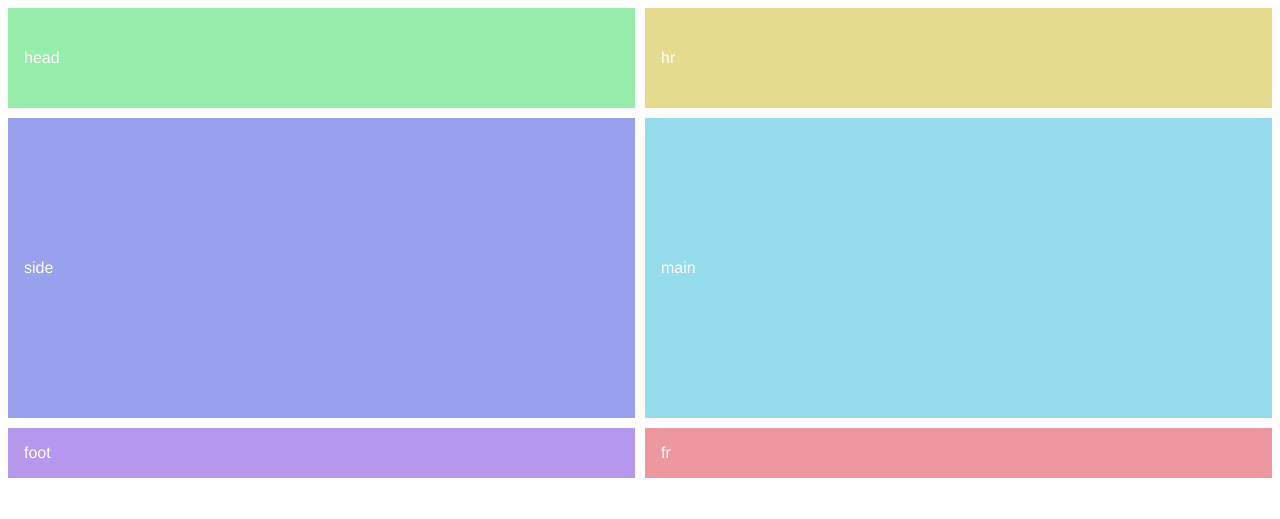
Repository: SamirIngley/html-semantic
Page: templates/grid.html
The author's editor kept a copy of each file at every save. The page is drawn from the files as they stood at one save, then again after the next save.
The browser window is 1280 px wide. The pictures show the whole page.

Above is the page before, as saved 2020-02-04 16:59:05.

### templates/grid.html
<!--
   This example used named areas to place elements
   on the grid
 -->
<div class="wrapper">

  <div class="header">
    <div>head</div>
  </div>

  <div class="header-right">
    <div>hr</div>
  </div>

  <div class="main-content">
    <div>main</div>
  </div>

  <div class="side-bar">
    <div>side</div>
  </div>

  <div class="footer">
    <div>foot</div>
  </div>

  <div class="footer-right">
    <div>fr</div>
  </div>

</div>

<style>
  .wrapper {
    display: grid;
    grid-gap: 10px;
    grid-template-columns: repeat(4, 1fr);
    grid-template-rows: 100px 300px;
    /*
    The named areas below define where elements with
    those names are placed on the grid.
    */
    grid-template-areas:  "h h r r"
                          "s s m m"
                          "f f g g";
  }

  .wrapper>div {
    color: white;
    font-family: Helvetica;
    padding: 1em;
    display: flex;
    justify-content: space-between;
    align-items: center;
  }

  .header {
    /* Name this element to place it on the grid */
    grid-area: h;
  }

  .header-right {
    grid-area: r;
  }

  .main-content {
    grid-area: m;
  }

  .side-bar {
    grid-area: s;
  }

  .footer {
    grid-area: f;
  }

  .footer-right {
    grid-area: g;
  }

  .wrapper>div:nth-child(1) {
    background-color: #97edab
  }

  .wrapper>div:nth-child(2) {
    background-color: #e5db8e
  }

  .wrapper>div:nth-child(3) {
    background-color: #97dced
  }

  .wrapper>div:nth-child(4) {
    background-color: #97a1ed
  }

  .wrapper>div:nth-child(5) {
    background-color: #b597ed
  }

  .wrapper>div:nth-child(6) {
    background-color: #ed979e
  }

</style>

After the next save:
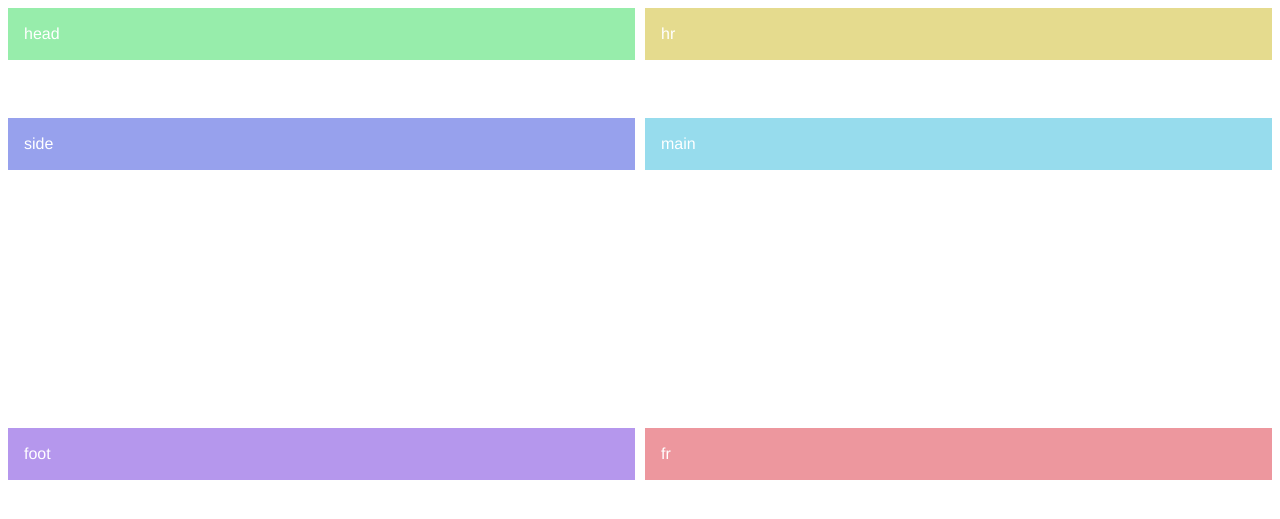
Saved 7 min 4 s later.
--- a/templates/grid.html
+++ b/templates/grid.html
@@ -52,6 +52,7 @@
     display: flex;
     justify-content: space-between;
     align-items: center;
+    height: 20px
   }
 
   .header {

After the save that followed:
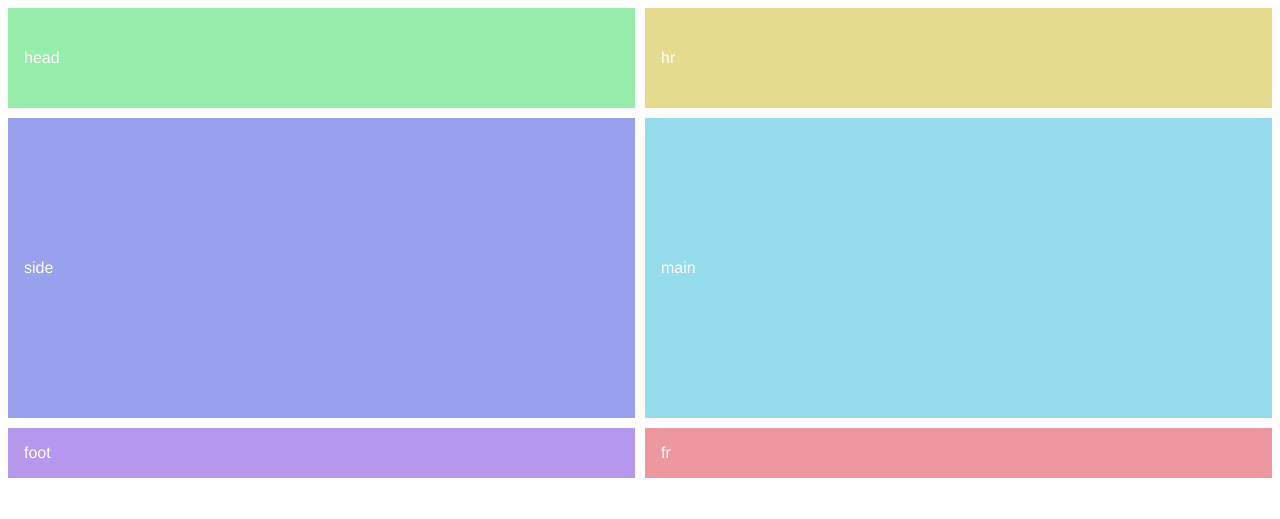
Saved 31 s later.
--- a/templates/grid.html
+++ b/templates/grid.html
@@ -52,7 +52,6 @@
     display: flex;
     justify-content: space-between;
     align-items: center;
-    height: 20px
   }
 
   .header {
